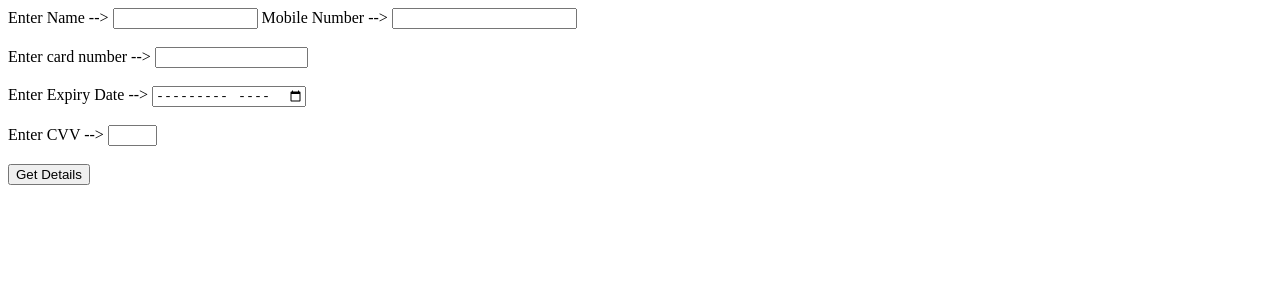
Repository: Amrinshaik/Day10
Page: CreditCardDetails/WebContent/creditCard.html
These files come from the project's save history. The page is drawn as it stood at one moment and after the next save; the edit follows.
The browser window is 1280 px wide. The pictures show the whole page.

Above is the page before, as saved 2018-09-06 09:10:02.

After the next save:
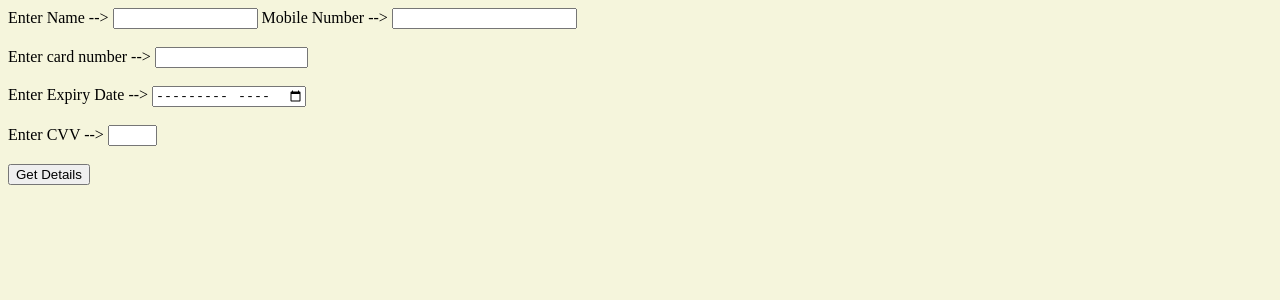
Saved 29 s later.
--- a/CreditCardDetails/WebContent/creditCard.html
+++ b/CreditCardDetails/WebContent/creditCard.html
@@ -4,7 +4,7 @@
 <meta charset="ISO-8859-1">
 <title>Credit Card Details</title>
 </head>
-<body>
+<body bgcolor="beige">
 <form action="displaydetails"  method="post">
 
 <label>Enter Name</label> -->
